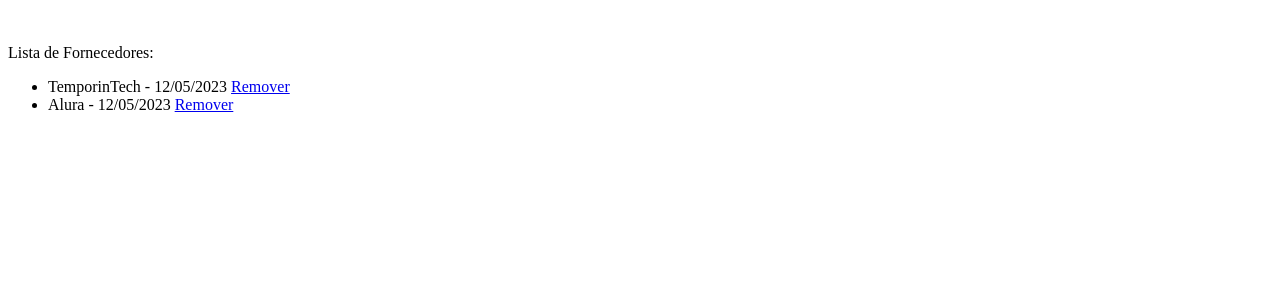
Repository: CauaneTemporin/API_CRUD_JAVA_Servlet_JSP
Page: http://localhost/gerenciador/listaEmpresas
The author's editor kept a copy of each file at every save. The page is drawn from the files as they stood at one save, then again after the next save.
The browser window is 1280 px wide. The pictures show the whole page.
The page is served by Tomcat 9. Other server files are loaded and not shown.

Above is the page before, as saved 2023-05-15 13:18:06.

### gerenciador/src/main/webapp/ListaFornecedores.jsp
	<%@ page language="java" contentType="text/html; charset=ISO-8859-1"
		pageEncoding="ISO-8859-1"%>
	<%@ page import= "java.util.List, com.temporintech.gerenciador.servlet.Fornecedor"%>
	<%@ taglib uri="http://java.sun.com/jsp/jstl/core" prefix="c" %>
	<%@ taglib uri="http://java.sun.com/jsp/jstl/fmt" prefix="fmt" %>
	<c:url value="/removeFornecedor" var="linkRemoveForncedor"/>

	<!DOCTYPE html>
	<html>
		<head>
			<meta charset="ISO-8859-1">
			<title>Lista de Fornecedores</title>
		</head>

		<body>

				<c:if test="${not empty empresa}">
					Fornecedor ${ empresa } cadastrado com sucesso!!!
				</c:if>
				</br></br>
			Lista de Fornecedores: </br>

			 <ul>
	        <c:forEach items="${fornecedores}" var="fornecedor">
				<li>${fornecedor.nome_fornecedor} - <fmt:formatDate value="${fornecedor.dataAbertura}" pattern="dd/MM/yyyy"/>
				<a href="${linkRemoveForncedor}?id=${fornecedor.id}">Remover</a>
				</li>
	        </c:forEach>
	    </ul>

	    </body>
	</html>

### gerenciador/src/main/java/com/temporintech/gerenciador/servlet/ListaEmpresasServelet.java
  package com.temporintech.gerenciador.servlet;

import java.io.IOException;
import java.util.List;

import javax.servlet.RequestDispatcher;
import javax.servlet.ServletException;
import javax.servlet.annotation.WebServlet;
import javax.servlet.http.HttpServlet;
import javax.servlet.http.HttpServletRequest;
import javax.servlet.http.HttpServletResponse;

//Servlet implementation class ListaEmpresasServelet
@WebServlet("/listaEmpresas")
public class ListaEmpresasServelet extends HttpServlet {
	private static final long serialVersionUID = 1L;

	protected void service(HttpServletRequest request, HttpServletResponse response) throws ServletException, IOException {
		Banco banco = new Banco();
		List<Fornecedor> lista = banco.getFornecedor();
		request.setAttribute("fornecedores", lista);

		RequestDispatcher rd = request.getRequestDispatcher("/ListaFornecedores.jsp");
		rd.forward(request, response);
	}
}

### gerenciador/src/main/java/com/temporintech/gerenciador/servlet/Banco.java
package com.temporintech.gerenciador.servlet;

import java.util.ArrayList;
import java.util.Iterator;
import java.util.List;

public class Banco {

	private static List<Fornecedor> lista = new ArrayList<>();
	private static Integer chaveSequencial = 1;

	static {
		Fornecedor fornecedor = new Fornecedor();
		fornecedor.setId(chaveSequencial++);
		fornecedor.setNome_fornecedor("TemporinTech");
		Fornecedor fornecedor2 = new Fornecedor();
		fornecedor2.setId(chaveSequencial++);
		fornecedor2.setNome_fornecedor("Alura");
		lista.add(fornecedor);
		lista.add(fornecedor2);
	}

	public void adiciona(Fornecedor fornecedor) {
		fornecedor.setId(Banco.chaveSequencial++);
		 lista.add(fornecedor);
	}

	public List<Fornecedor> getFornecedor(){
		return Banco.lista;
	}

	public void removeFornecedor(Integer id) {

			Iterator<Fornecedor> it = lista.iterator();

			while(it.hasNext()) {
				Fornecedor fornecedor = it.next();

				if(fornecedor.getId() == id) {
					it.remove();
				}
			}

		}

}

### gerenciador/src/main/java/com/temporintech/gerenciador/servlet/Fornecedor.java
package com.temporintech.gerenciador.servlet;

import java.util.Date;

import javax.xml.crypto.Data;

public class Fornecedor {

	private Integer id;
	private String nome_fornecedor;
	private Date dataAbertura = new Date();

	public Integer getId() {
		return id;
	}
	public void setId(Integer id) {
		this.id = id;
	}
	public String getNome_fornecedor() {
		return nome_fornecedor;
	}
	public void setNome_fornecedor(String nome_fornecedor) {
		this.nome_fornecedor = nome_fornecedor;
	}
	public Date getDataAbertura() {
		return dataAbertura;
	}
	public void setDataAbertura(Date dataAbertura) {
		this.dataAbertura = dataAbertura;
	}

}

After the next save:
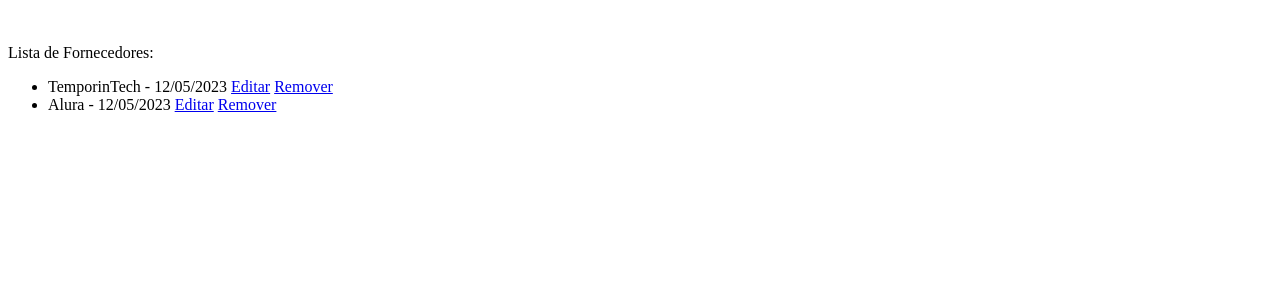
Saved 7 min 37 s later.
--- a/gerenciador/src/main/webapp/ListaFornecedores.jsp
+++ b/gerenciador/src/main/webapp/ListaFornecedores.jsp
@@ -3,6 +3,7 @@
 	<%@ page import= "java.util.List, com.temporintech.gerenciador.servlet.Fornecedor"%>
 	<%@ taglib uri="http://java.sun.com/jsp/jstl/core" prefix="c" %>
 	<%@ taglib uri="http://java.sun.com/jsp/jstl/fmt" prefix="fmt" %>
+	<c:url value="/mostrarFornecedor" var="linkMostrarFornecedor"/>
 	<c:url value="/removeFornecedor" var="linkRemoveForncedor"/>
 
 	<!DOCTYPE html>
@@ -23,6 +24,7 @@
 			 <ul>
 	        <c:forEach items="${fornecedores}" var="fornecedor">
 				<li>${fornecedor.nome_fornecedor} - <fmt:formatDate value="${fornecedor.dataAbertura}" pattern="dd/MM/yyyy"/>
+				<a href="${linkMostrarFornecedor}?id=${fornecedor.id}">Editar</a>
 				<a href="${linkRemoveForncedor}?id=${fornecedor.id}">Remover</a>
 				</li>
 	        </c:forEach>
